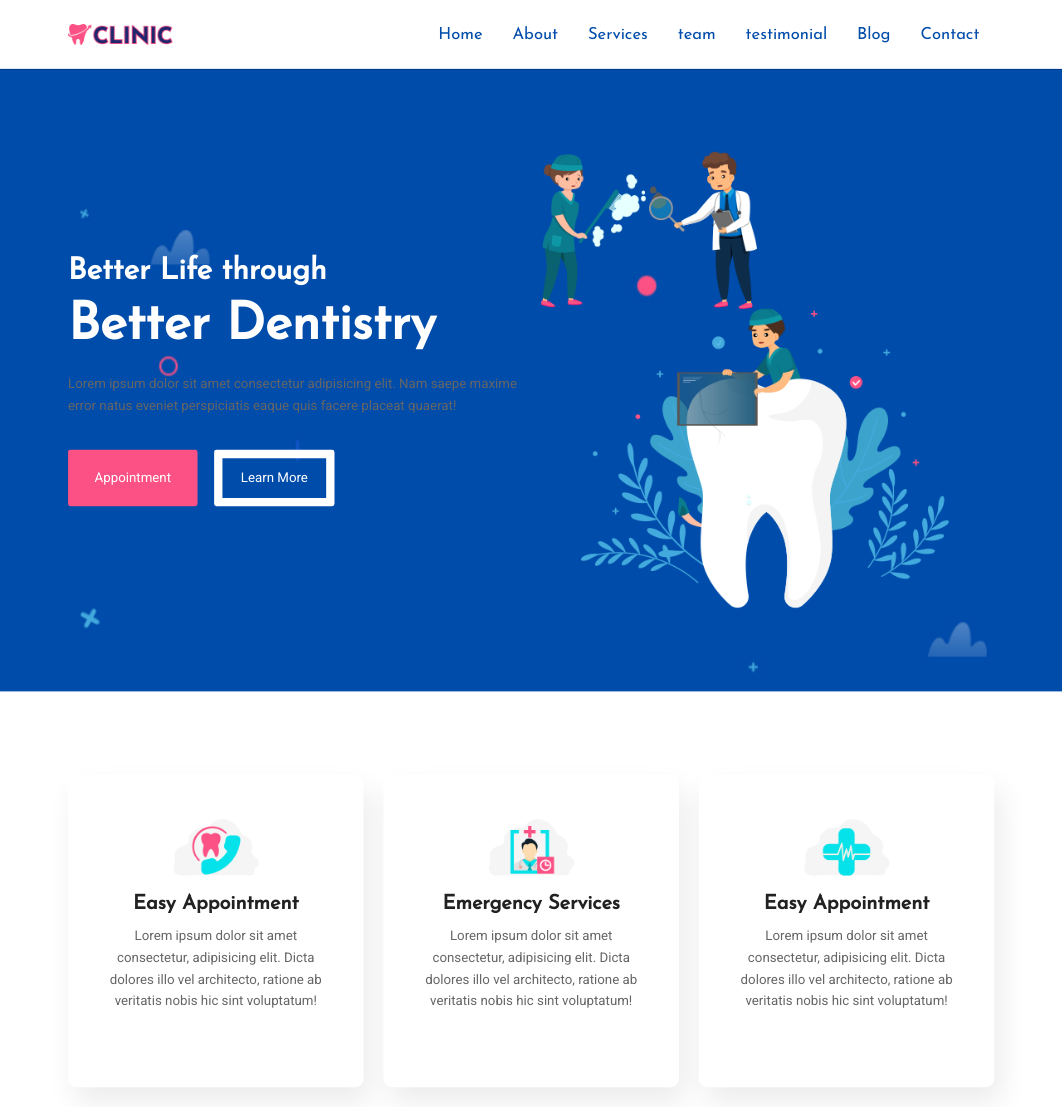
Repository: rsbappy/Project-13
Page: index.html
These files come from the project's save history. The page is drawn as it stood at one moment and after the next save; the edit follows.
The browser window is 1280 px wide. The pictures show the whole page, at 83% of full size.
Some web libraries are served in a nearby version.

Above is the page before, as saved 2022-08-19 11:12:13.
Console error: TypeError: Cannot read properties of null (reading 'classList')

After the next save:
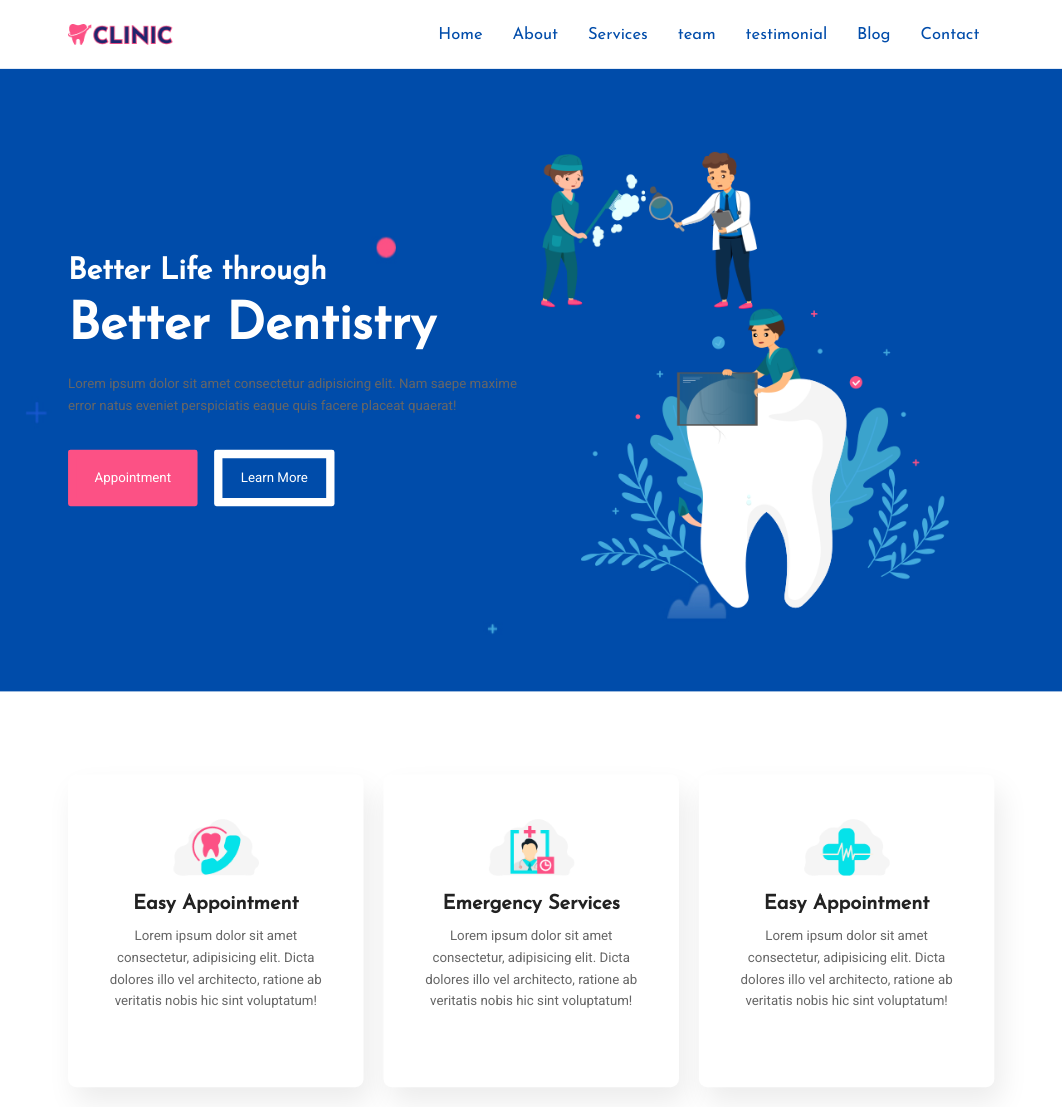
Saved 16 s later.
--- a/css/style.css
+++ b/css/style.css
@@ -227,5 +227,6 @@ p {
 
 .banner_wrapper {
     background-image: url('/images/top-banner-img/Top-banner.jpg');
-    background-position: ;
-}
+    background-position: center center;
+    background-repeat: no-repeat;
+}
